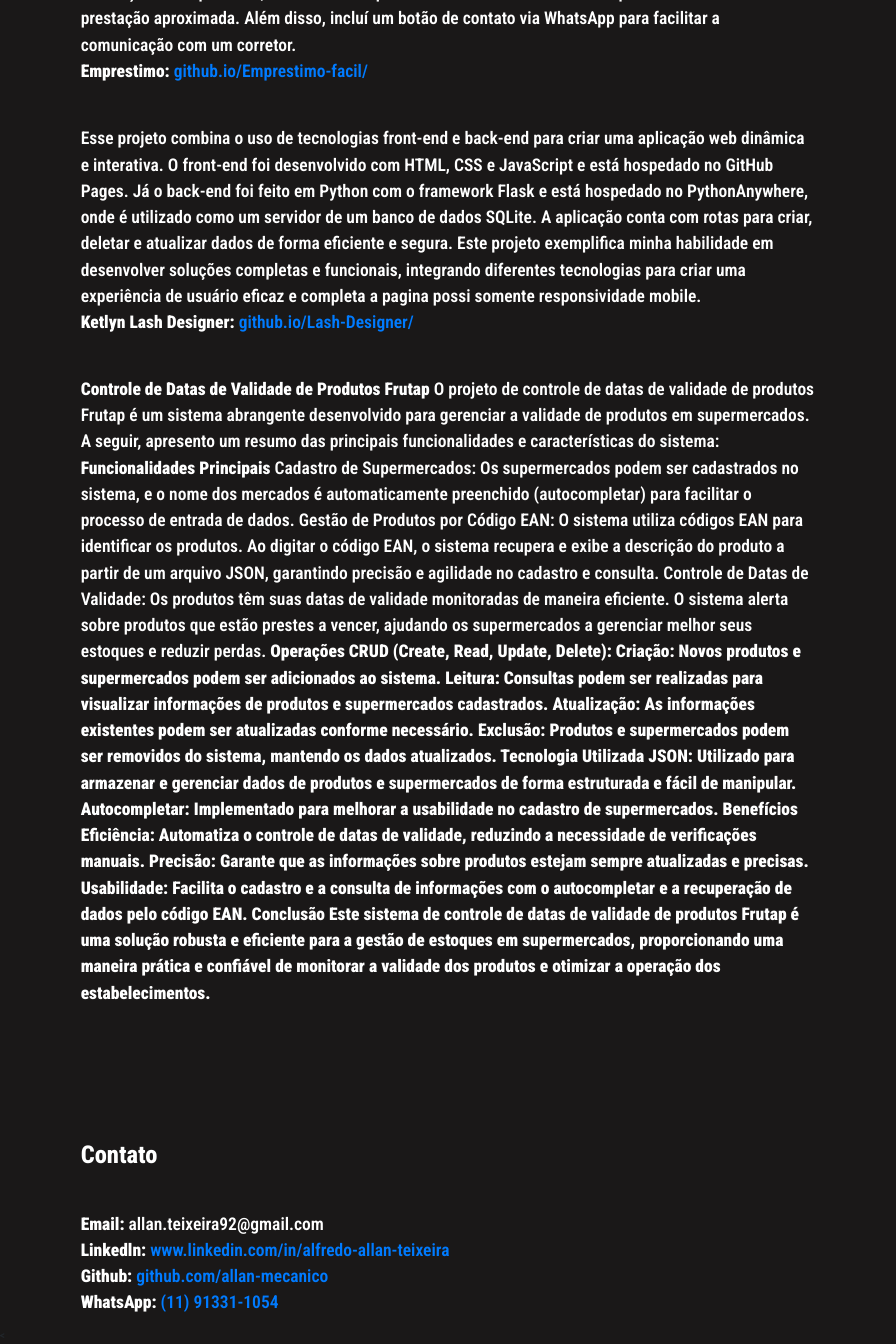
Repository: alfredo-allan/Portfolio
Page: index.html
The author's editor kept a copy of each file at every save. The page is drawn from the files as they stood at one save, then again after the next save.
The browser window is 1280 px wide. The pictures show the part of the page from y = 2304 to 4224 px (the page is 4224 px tall), at 70% of full size.

Above is the page before, as saved 2024-05-26 18:48:28.

### index.html
<!DOCTYPE html>
<html lang="pt-BR">
  <head>
    <meta charset="UTF-8" />
    <meta name="viewport" content="width=device-width, initial-scale=1.0" />
    <link
      rel="stylesheet"
      href="https://stackpath.bootstrapcdn.com/bootstrap/4.1.3/css/bootstrap.min.css"
      integrity="sha384-MCw98/SFnGE8fJT3GXwEOngsV7Zt27NXFoaoApmYm81iuXoPkFOJwJ8ERdknLPMO"
      crossorigin="anonymous"
    />
    <link rel="stylesheet" href="./src/assets/styles/home.css" />
    <link
      href="https://fonts.googleapis.com/css2?family=Roboto+Condensed:ital,wght@0,100..900;1,100..900&display=swap"
      rel="stylesheet"
    />

    <title>Portfolio</title>
    <div class="foto-perfil">
      <img src="./src/assets/images/foto-perfil.jpeg" alt="Minha Foto" />
    </div>
    <div class="menu">
      <ul>
        <li><a href="#Sobre">Sobre</a></li>
        <li><a href="#Conhecimento">Conhecimento</a></li>
        <li><a href="#Contato">Contato</a></li>
        <li><a href="#Projetos">Projetos</a></li>
        <li><a href="./curriculo.html">Currículo</a></li>
      </ul>
    </div>
    <div class="container" id="Sobre">
      <h2>Sobre</h2>
      <p>
        Meu nome é Alfredo Allan, e sou um profissional dedicado e apaixonado
        por tecnologia. Possuo experiência e conhecimento em diversos cursos e
        treinamentos, tais como Shell Script, introdução ao sistema operacional
        Linux, programação para internet com JavaScript, recriação da página do
        Instagram, criação de sites com HTML5 e CSS3, Git e GitHub, estruturas
        de algoritmos, lógica e programação essencial. Além disso, também possuo
        certificações em engenharia social e phishing, e sou um usuário
        experiente de Linux. Tenho um projeto pessoal de uma página de
        empréstimo no GitHub, onde aplico meus conhecimentos e habilidades de
        programação e web design. Estou sempre em busca de aprendizado e novos
        desafios, e estou confiante de que posso contribuir de forma
        significativa para sua equipe. Estou ansioso para mostrar como minhas
        habilidades e experiências podem agregar valor à sua empresa.
      </p>
    </div>
    <div id="Conhecimento">
      <h2>Conhecimento</h2>
      <p>
        Cursando Analise e desenvolvimento de sistemas <br />
        Shell script - manipulando arquivos <br />
        Introdução ao sistema operacional linux <br />
        Programação para internet com javascritp <br />
        Recriando a pagina do instagram <br />
        Imersão front-end Alura <br />
        Introdução a criação de sites com HTML 5 E CSS3 <br />
        Introdução ao git eo github <br />
        O que são estruturas de algoritimo <br />
        Logica e programação essencial <br />
        Engenharia social e phishing <br />
      </p>
    </div>

    <div id="sistemas">
      <h2>Sistemas Operacionais</h2>
      <p>
        Como usuário de Linux, possuo conhecimento em pacotes gerenciadores como
        apt e yum, bem como em servidores Apache. Sou capaz de estabelecer
        conexões SSH, gerar chaves públicas, e possuo boas práticas no uso do
        terminal de comandos. Além disso, possuo habilidades avançadas em
        instalação e configuração de sistemas operacionais, inclusive na
        manipulação de variáveis de ambiente como o PATH. Estas competências são
        fundamentais para garantir um ambiente de trabalho eficiente e seguro.
      </p>
    </div>
    <div id="Projetos">
      <h2>Projetos</h2>
      <p>
        Desenvolvi uma página web responsiva utilizando Bootstrap 5, HTML e CSS.
        A página possui uma simulação de empréstimo, onde o usuário pode
        escolher o número de meses para financiar e ver uma prestação
        aproximada. Além disso, incluí um botão de contato via WhatsApp para
        facilitar a comunicação com um corretor. <br />
        <strong>Emprestimo:</strong
        ><a href="https://allan-mecanico.github.io/Emprestimo-facil/index.html">
          github.io/Emprestimo-facil/
        </a>
      </p>
      <p>
        Esse projeto combina o uso de tecnologias
        front-end e back-end para criar uma aplicação web dinâmica e interativa.
        O front-end foi desenvolvido com HTML, CSS e JavaScript e está hospedado
        no GitHub Pages. Já o back-end foi feito em Python com o framework Flask
        e está hospedado no PythonAnywhere, onde é utilizado como um servidor de
        um banco de dados SQLite. A aplicação conta com rotas para criar,
        deletar e atualizar dados de forma eficiente e segura. Este projeto
        exemplifica minha habilidade em desenvolver soluções completas e
        funcionais, integrando diferentes tecnologias para criar uma experiência
        de usuário eficaz e completa a pagina possi somente responsividade mobile. <br />
        <strong>Ketlyn Lash Designer:</strong
        ><a href="https://allan-mecanico.github.io/Lash-Designer/">
          github.io/Lash-Designer/
        </a>
      </p>
      <p>
<strong>Controle de Datas de Validade de Produtos Frutap</strong>
O projeto de controle de datas de validade de produtos Frutap é um sistema abrangente desenvolvido para gerenciar a validade de produtos em supermercados. A seguir, apresento um resumo das principais funcionalidades e características do sistema:

<strong>Funcionalidades Principais</strong>
Cadastro de Supermercados:

Os supermercados podem ser cadastrados no sistema, e o nome dos mercados é automaticamente preenchido (autocompletar) para facilitar o processo de entrada de dados.
Gestão de Produtos por Código EAN:

O sistema utiliza códigos EAN para identificar os produtos. Ao digitar o código EAN, o sistema recupera e exibe a descrição do produto a partir de um arquivo JSON, garantindo precisão e agilidade no cadastro e consulta.
Controle de Datas de Validade:

Os produtos têm suas datas de validade monitoradas de maneira eficiente. O sistema alerta sobre produtos que estão prestes a vencer, ajudando os supermercados a gerenciar melhor seus estoques e reduzir perdas.
<strong>Operações CRUD (Create, Read, Update, Delete):

Criação: Novos produtos e supermercados podem ser adicionados ao sistema.
Leitura: Consultas podem ser realizadas para visualizar informações de produtos e supermercados cadastrados.
Atualização: As informações existentes podem ser atualizadas conforme necessário.
Exclusão: Produtos e supermercados podem ser removidos do sistema, mantendo os dados atualizados.
Tecnologia Utilizada
JSON: Utilizado para armazenar e gerenciar dados de produtos e supermercados de forma estruturada e fácil de manipular.
Autocompletar: Implementado para melhorar a usabilidade no cadastro de supermercados.
Benefícios
Eficiência: Automatiza o controle de datas de validade, reduzindo a necessidade de verificações manuais.
Precisão: Garante que as informações sobre produtos estejam sempre atualizadas e precisas.
Usabilidade: Facilita o cadastro e a consulta de informações com o autocompletar e a recuperação de dados pelo código EAN.
Conclusão
Este sistema de controle de datas de validade de produtos Frutap é uma solução robusta e eficiente para a gestão de estoques em supermercados, proporcionando uma maneira prática e confiável de monitorar a validade dos produtos e otimizar a operação dos estabelecimentos.</p>
    </div>
    <div id="Contato">
      <h2>Contato</h2>

      <p>
        <strong>Email:</strong> allan.teixeira92@gmail.com <br />
        <strong>Linkedln:</strong
        ><a
          href="https://www.linkedin.com/in/alfredo-allan-teixeira-ba2701149/"
        >
          www.linkedin.com/in/alfredo-allan-teixeira <br
        /></a>

        <strong>Github:</strong
        ><a href="https://github.com/allan-mecanico">
          github.com/allan-mecanico<br
        /></a>
        <strong>WhatsApp:</strong
        ><a href="https://api.whatsapp.com/send?phone=5511913311054">
          (11) 91331-1054<br
        /></a>
      </p>
    </div>
  </head>
  <body>
    <script
      src="https://code.jquery.com/jquery-3.3.1.slim.min.js"
      integrity="sha384-q8i/X+965DzO0rT7abK41JStQIAqVgRVzpbzo5smXKp4YfRvH+8abtTE1Pi6jizo"
      crossorigin="anonymous"
    ></script>
    <script
      src="https://cdnjs.cloudflare.com/ajax/libs/popper.js/1.14.3/umd/popper.min.js"
      integrity="sha384-ZMP7rVo3mIykV+2+9J3UJ46jBk0WLaUAdn689aCwoqbBJiSnjAK/l8WvCWPIPm49"
      crossorigin="anonymous"
    ></script>
    <script
      src="https://stackpath.bootstrapcdn.com/bootstrap/4.1.3/js/bootstrap.min.js"
      integrity="sha384-ChfqqxuZUCnJSK3+MXmPNIyE6ZbWh2IMqE241rYiqJxyMiZ6OW/JmZQ5stwEULTy"
      crossorigin="anonymous"
    ></script>
  </body>
</html>
<

### src/assets/styles/home.css
:root {
  --roboto-condensed: "Roboto Condensed", sans-serif;
}

body {
  font-family: var(--roboto-condensed);
  background-color: rgb(26, 24, 24);
  background-position: center;
  background-size: cover;
}

@media (min-width: 310px) and (max-width: 480px) {
  body {
    background-image: url("../images/git-img.jpg");
    background-repeat: no-repeat;
    background-attachment: fixed;
  }
}

.menu ul {
  font-size: 1.5rem;
  font-weight: 600;
  margin-top: -14%;
  margin-right: 4%;
  text-align: right;
  list-style: none;
  li {
    margin-right: 12px;
    display: inline-block;
  }
}

@media only screen and (min-width: 310px) and (max-width: 450px) {
  .menu ul {
    font-weight: 1000;
    text-align: left;
    margin-top: -45%;
    padding: 20%;
    margin-left: 40%;
    font-size: 20px;
  }
}

.foto-perfil {
  margin-top: 1%;
  margin-left: 8%;
  width: 200px;
  height: 200px;
  border-radius: 50%;
  overflow: hidden;
}

.foto-perfil img {
  width: 100%;
  height: 100%;
  object-fit: cover;
}

@media only screen and (min-width: 310px) and (max-width: 450px) {
  .foto-perfil {
    width: 80px;
    height: 80px;
    margin-left: 10%;
    margin-top: 7%;
  }
}

#Sobre {
  color: white;
  margin-top: 20%;
  margin-left: 9%;
  h2 {
    font-weight: 1000;
    font-size: 35px;
    font-weight: 800;
  }
  p {
    font-weight: 300;
    margin-top: 5%;
    font-size: 25px;
    font-family: var(--roboto-condensed);
    width: 100%; /* Define a largura desejada */
    font-weight: 600;
  }
}

@media only screen and (min-width: 310px) and (max-width: 450px) {
  #Sobre {
    margin-left: -1%;
    margin-top: -10%;
    h2 {
      color: white;
      font-size: 22px;
      font-weight: 800;
    }
    p {
      color: white;
      margin-top: 5%;
      font-size: 18px;
      font-family: var(--roboto-condensed);
      width: 100%; /* Define a largura desejada */
      font-weight: 350;
    }
  }
}

#Conhecimento {
  color: white;
  margin-top: 15%;
  margin-left: 9%;
  h2 {
    font-size: 35px;
    font-weight: 800;
  }
  p {
    margin-top: 5%;
    font-size: 25px;
    font-family: var(--roboto-condensed);
    width: 90%; /* Define a largura desejada */
    font-weight: 600;
  }
}

@media only screen and (min-width: 310px) and (max-width: 450px) {
  #Conhecimento {
    margin-left: 1%;
    margin-top: 35%;
    h2 {
      color: white;
      font-size: 22px;
      font-weight: 800;
    }
    p {
      color: white;
      margin-top: 5%;
      font-size: 18px;
      font-family: var(--roboto-condensed);
      width: 100%; /* Define a largura desejada */
      font-weight: 350;
    }
  }
}
#sistemas {
  color: white;
  margin-top: 15%;
  margin-left: 9%;
  h2 {
    font-size: 35px;
    font-weight: 800;
  }
  p {
    margin-top: 5%;
    font-size: 25px;
    font-family: var(--roboto-condensed);
    width: 90%; /* Define a largura desejada */
    font-weight: 600;
  }
}

@media only screen and (min-width: 310px) and (max-width: 450px) {
  #sistemas {
    margin-left: -0%;
    margin-top: 20%;
    h2 {
      font-size: 22px;
      font-weight: 800;
    }
    p {
      margin-top: 5%;
      font-size: 18px;
      font-family: var(--roboto-condensed);
      width: 100%; /* Define a largura desejada */
      font-weight: 350;
    }
  }
}

#Projetos {
  color: white;
  margin-top: 15%;
  margin-left: 9%;
  h2 {
    font-size: 35px;
    font-weight: 800;
  }
  p {
    margin-top: 5%;
    font-size: 25px;
    font-family: var(--roboto-condensed);
    width: 90%; /* Define a largura desejada */
    font-weight: 600;
  }
}

@media only screen and (min-width: 310px) and (max-width: 450px) {
  #Projetos {
    margin-left: -0%;
    margin-top: 25%;
    h2 {
      font-size: 22px;
      font-weight: 800;
    }
    p {
      color: white;
      margin-top: 5%;
      font-size: 18px;
      font-family: var(--roboto-condensed);
      width: 100%; /* Define a largura desejada */
      font-weight: 350;
    }
  }
}

#Contato {
  color: white;
  margin-top: 15%;
  margin-left: 9%;
  h2 {
    font-size: 35px;
    font-weight: 800;
  }
  p {
    margin-top: 5%;
    font-size: 25px;
    font-family: var(--roboto-condensed);
    width: 90%; /* Define a largura desejada */
    font-weight: 600;
  }
}

@media only screen and (min-width: 310px) and (max-width: 450px) {
  #Contato {
    margin-top: 25%;
    margin-left: 0%;
    h2 {
      font-size: 22px;
      font-weight: 800;
    }
    p {
      width: 100%;
      margin-top: 5%;
      font-size: 18px;
      font-family: var(--roboto-condensed);
      font-weight: 350;
    }
  }
}

After the next save:
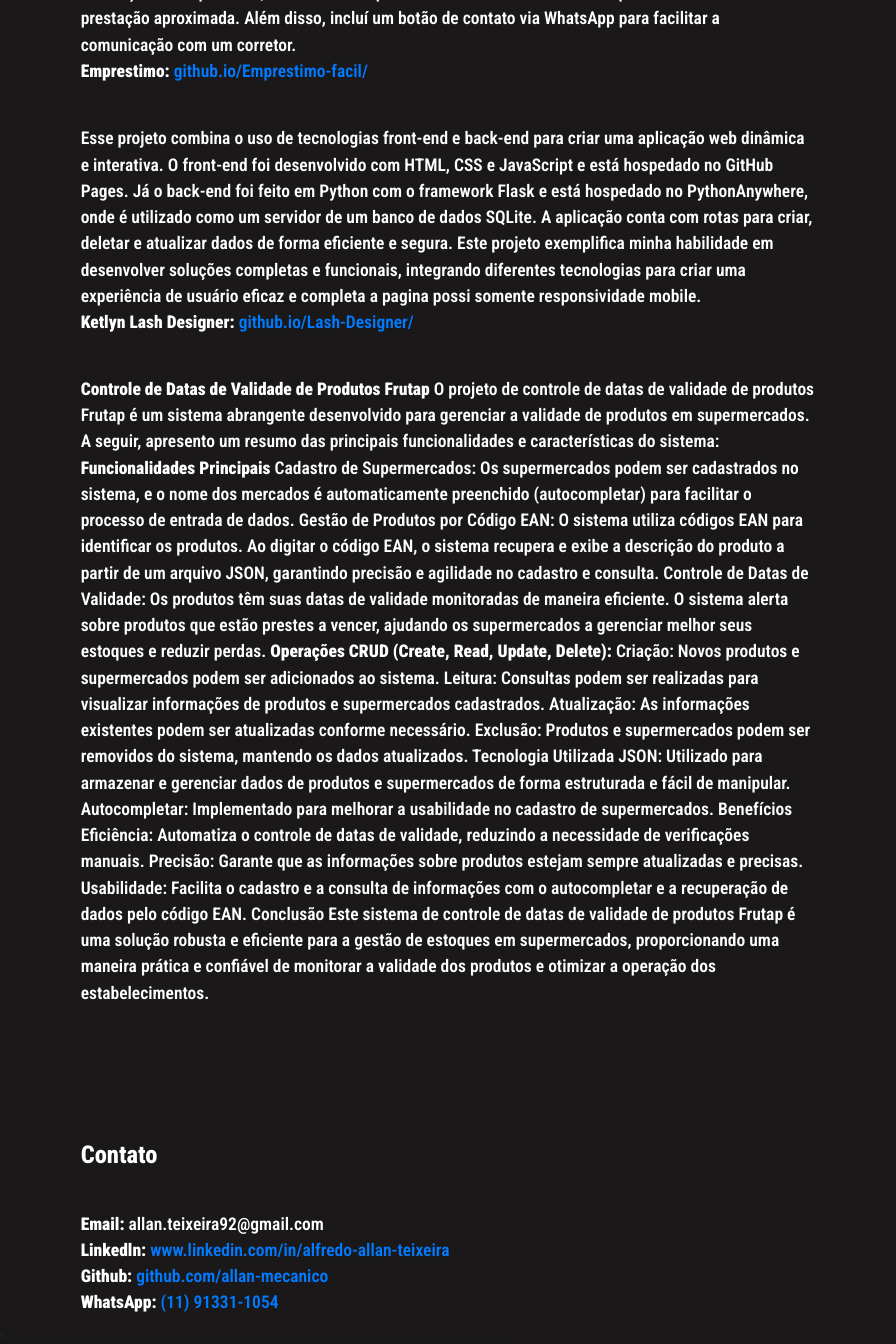
Saved 4 s later.
--- a/index.html
+++ b/index.html
@@ -118,7 +118,7 @@
 Controle de Datas de Validade:
 
 Os produtos têm suas datas de validade monitoradas de maneira eficiente. O sistema alerta sobre produtos que estão prestes a vencer, ajudando os supermercados a gerenciar melhor seus estoques e reduzir perdas.
-<strong>Operações CRUD (Create, Read, Update, Delete):
+<strong>Operações CRUD (Create, Read, Update, Delete):</strong>
 
 Criação: Novos produtos e supermercados podem ser adicionados ao sistema.
 Leitura: Consultas podem ser realizadas para visualizar informações de produtos e supermercados cadastrados.
